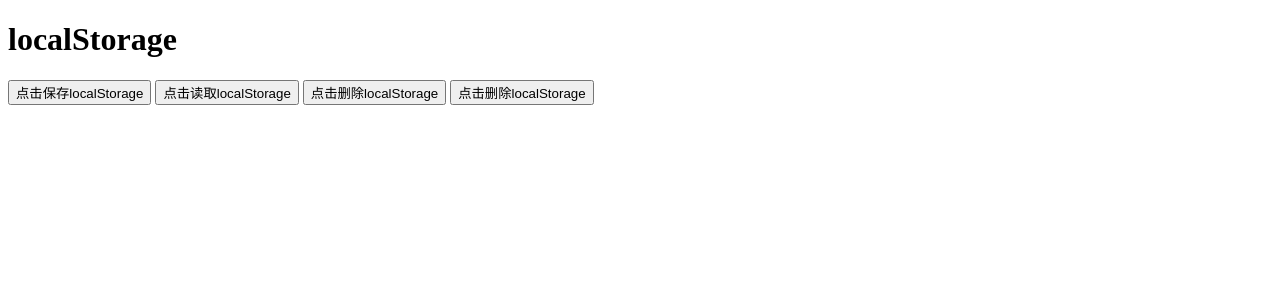
Repository: Lixianlai-2/The-journey-of-learning-Vue
Page: afterVueCli/07_浏览器本地存储/sessionStorage.html
These files come from the project's save history. The page is drawn as it stood at one moment and after the next save; the edit follows.
The browser window is 1280 px wide. The pictures show the whole page.

Above is the page before, as saved 2022-04-22 18:55:30.

After the next save:
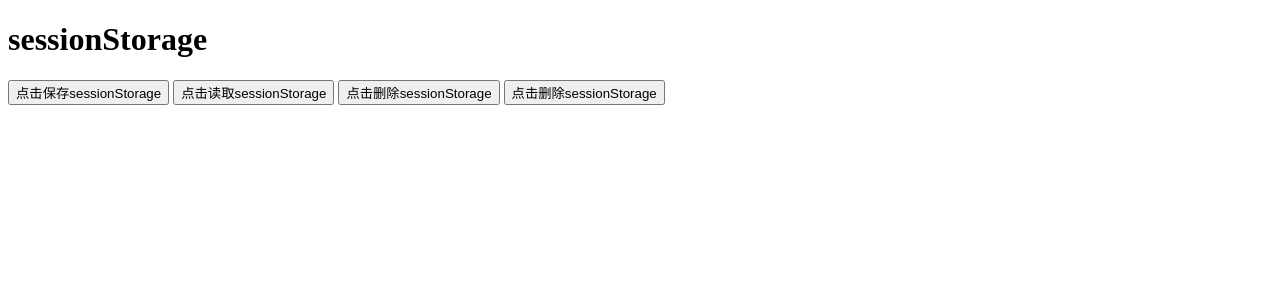
Saved 2 min 57 s later.
--- a/afterVueCli/07_浏览器本地存储/sessionStorage.html
+++ b/afterVueCli/07_浏览器本地存储/sessionStorage.html
@@ -4,14 +4,14 @@
     <meta charset="UTF-8" />
     <meta http-equiv="X-UA-Compatible" content="IE=edge" />
     <meta name="viewport" content="width=device-width, initial-scale=1.0" />
-    <title>localStorage</title>
+    <title>sessionStorage</title>
   </head>
   <body>
-    <h1>localStorage</h1>
-    <button onclick="saveStorage()">点击保存localStorage</button>
-    <button onclick="getStorage()">点击读取localStorage</button>
-    <button onclick="deleteStorage()">点击删除localStorage</button>
-    <button onclick="clearAllStorage()">点击删除localStorage</button>
+    <h1>sessionStorage</h1>
+    <button onclick="saveStorage()">点击保存sessionStorage</button>
+    <button onclick="getStorage()">点击读取sessionStorage</button>
+    <button onclick="deleteStorage()">点击删除sessionStorage</button>
+    <button onclick="clearAllStorage()">点击删除sessionStorage</button>
 
     <script>
       // 保存本地数据
@@ -19,11 +19,11 @@
         alert("运行了吗");
         window.sessionStorage.setItem("num", "1,2,3");
         // 可以不加window，相同key，下面的会覆盖上面的
-        localStorage.setItem("num", "4,5,6");
-        localStorage.setItem("num2", "7,8,9");
+        sessionStorage.setItem("num", "4,5,6");
+        sessionStorage.setItem("num2", "7,8,9");
 
         // 存储一个对象，要用JSON.stringify
-        localStorage.setItem(
+        sessionStorage.setItem(
           "obj",
           JSON.stringify({ id: "001", eventName: "敲代码" })
         );
@@ -31,24 +31,24 @@
 
       // 得到本地数据
       function getStorage() {
-        console.log(localStorage.getItem("num"));
-        console.log(localStorage.getItem("num2"));
+        console.log(sessionStorage.getItem("num"));
+        console.log(sessionStorage.getItem("num2"));
 
         //读取不存在的数据，num3这个key实际上不存在，会返回null
-        console.log(localStorage.getItem("num3"));
+        console.log(sessionStorage.getItem("num3"));
 
         // 读取一个字符串对象，要将其转化为真正的对象
-        console.log(JSON.parse(localStorage.getItem("obj")));
+        console.log(JSON.parse(sessionStorage.getItem("obj")));
       }
 
       // 删除本地数据
       function deleteStorage() {
-        localStorage.removeItem("num");
+        sessionStorage.removeItem("num");
       }
 
       // 情况本地数据
       function clearAllStorage() {
-        localStorage.clear();
+        sessionStorage.clear();
       }
     </script>
   </body>
